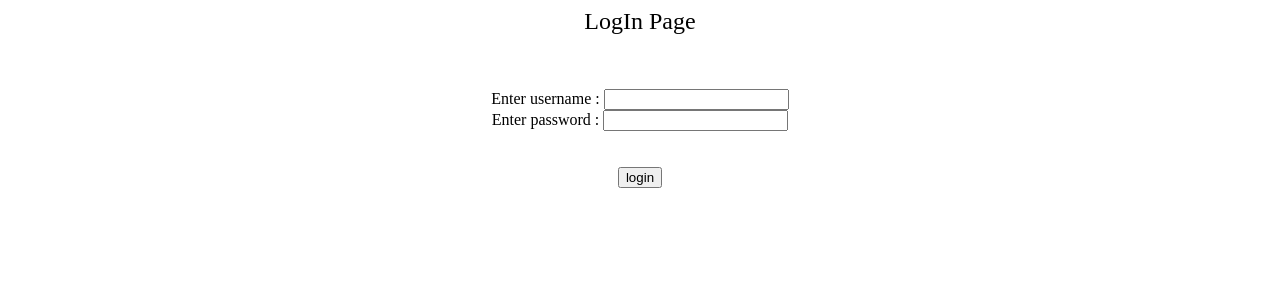
Repository: adarshsingh011/demoapp
Page: http://localhost/demoapp/login.jsp
These files come from the project's save history. The page is drawn as it stood at one moment and after the next save; the edit follows.
The browser window is 1280 px wide. The pictures show the whole page.
The page is served by Tomcat 10. Other server files are loaded and not shown.

Above is the page before, as saved 2022-03-17 10:41:13.

### demoapp/src/main/webapp/login.jsp
<%@ page language="java" contentType="text/html; charset=ISO-8859-1"
    pageEncoding="ISO-8859-1"%>
<!DOCTYPE html>
<html>
<head>
<meta charset="ISO-8859-1">
<title>Insert title here</title>
</head>
<body>
	<center><font size="+2">LogIn Page</font></center><br><br><br>
	<form action="Login" method= "post">
			<center>Enter username : <input type="text" name="uname"><br>
			Enter password : <input type="password" name="pass"><br><br><br>
			<input type="submit" value="login"></center>
	</form>
</body>
</html>

After the next save:
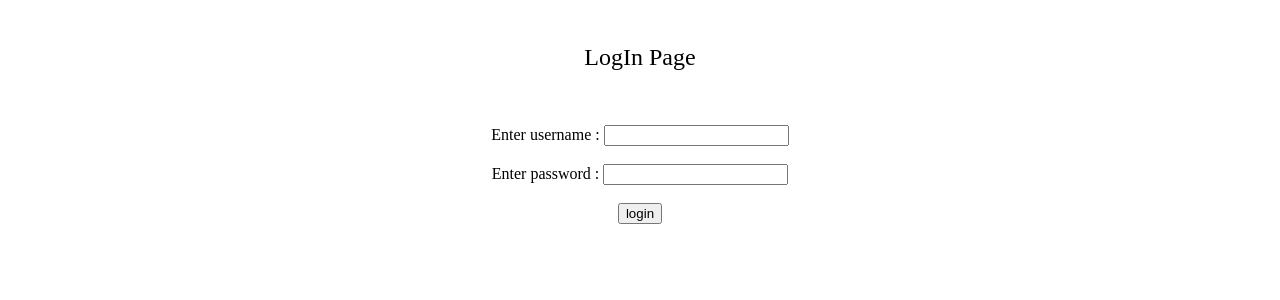
Saved 2 s later.
--- a/demoapp/src/main/webapp/login.jsp
+++ b/demoapp/src/main/webapp/login.jsp
@@ -7,10 +7,10 @@
 <title>Insert title here</title>
 </head>
 <body>
-	<center><font size="+2">LogIn Page</font></center><br><br><br>
+	<br><br><center><font size="+2">LogIn Page</font></center><br><br><br>
 	<form action="Login" method= "post">
-			<center>Enter username : <input type="text" name="uname"><br>
-			Enter password : <input type="password" name="pass"><br><br><br>
+			<center>Enter username : <input type="text" name="uname"><br><br>
+			Enter password : <input type="password" name="pass"><br><br>
 			<input type="submit" value="login"></center>
 	</form>
 </body>
